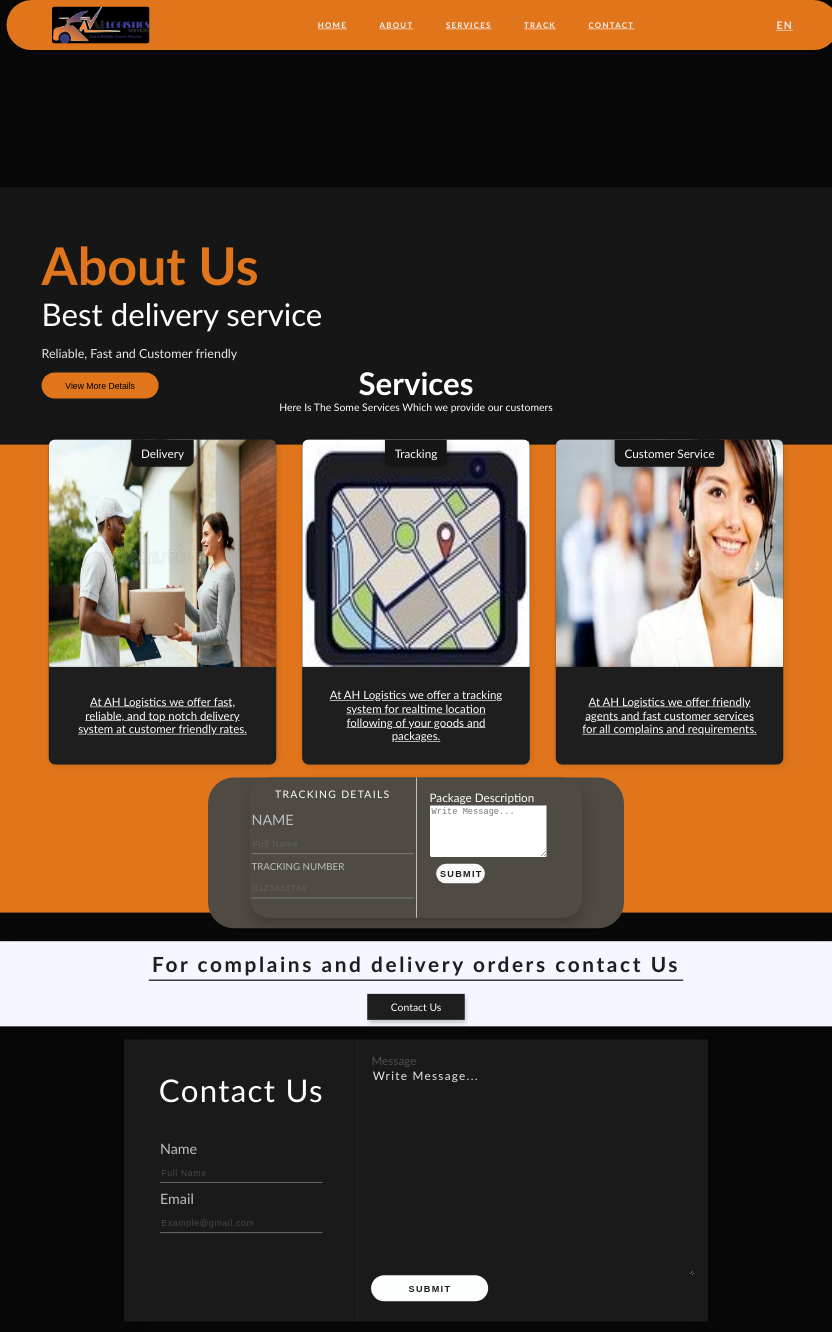
Repository: TheSecretlifeOfX/Ah-Logistics
Page: index.html
An editor plug-in stored every save of this project. The page is shown before and after the next save, followed by the edit.
The browser window is 1280 px wide. The pictures show the whole page, at 65% of full size.

Above is the page before, as saved 2022-03-02 17:00:39.

### index.html
<html>
<head>
<meta charset="utf-8">
<meta http-equiv="X-UA-Compatible" content="IE-edge">
<meta name="viewport" content="width=device-width, intial-scale=1.0">
<title>Logistics Website</title>
<link rel="stylesheet" href="./css/home.css">
</head>
<body>
<section id="main">
	<nav>
	<a href="#" class="logo"><img src="images/logo.jpg"></a>
	<div class="toggle"></div>
	<ul class="menu">
	<li class="active"><a href="#main" >Home</a></li>
	<li><a href="#about">About</a></li>
	<li><a href="#services">Services</a></li>
	<li><a href="#Tracking-Form">Track</a></li>
    <li><a href="#contact-form">Contact</a></li>
	</ul>
	<a href="#" class="lang">En</a>
	</nav>
    </section>
</div>
<section id="about">
	<div class="about-text">
	<h1>About Us</h1>
	<h2>Best delivery service</h2>
	<p>Reliable, Fast and Customer friendly</p>
	<button>View More Details</button>
	</div>
</section>
<section id="services">
<div class="s-heading">
<h1>Services</h1>
<p>Here Is The Some Services Which we provide our customers</p>
</div>
<div class="b-container">
<div class="s-box">
<div class="s-b-img">
    <div class="s-type">Delivery</div>
    <img src="images/delivery.jpg">
</div>
<div class="s-b-text">
<a href="#">At AH Logistics we offer fast, reliable, and top notch delivery system at customer friendly rates.</a>
</div>
</div>
<div class="s-box">
<div class="s-b-img">
    <div class="s-type">Tracking</div>
    <img src="images/track.jpg">
</div>
<div class="s-b-text">
<a href="#">At AH Logistics we offer a tracking system for realtime location following of your goods and packages.</a>
</div>
</div>
<div class="s-box">
<div class="s-b-img">
    <div class="s-type">Customer Service</div>
    <img src="images/customer.jpg">
</div>
<div class="s-b-text">
<a href="#">At AH Logistics we offer friendly agents and fast customer services for all complains and requirements.</a>
</div>
</div>
</div>
</div>

<section id="Tracking-Form">
	<form>
	<!--left--------------------------------------->
	<div class="Track-left">
	<h1 class="T-heading">Tracking Details</h1>
	<div class="f-name">
	<font >Name</font>
	<input type="text" placeholder="Full Name"/>
	</div>
	<div class="f-num">
	<font >Tracking Number</font>
	<input type="Number" placeholder="0123456789"/>
	</div>
	</div>
	<div class="Track-right">

	<div class="Description">
	<font >Package Description</font>
	<textarea name="message" rows="5" cols="20" placeholder="Write Message..."></textarea>
	<button>Submit</button>
	</div>
	</form>
	</section>
<section id="contact-btn">
	<h1 class="c-b-heading">For complains and delivery orders contact Us</h1>
		<button >Contact Us</button>
	</section>
<!--contact-form------------------->
<section id="contact-form">
<form>
<!--left--------------------------------------->
<div class="contact-left">
<h1 class="c-l-heading">Contact Us</h1>
<div class="f-name">
<font >Name</font>
<input type="text" placeholder="Full Name"/>
</div>
<div class="f-email">
<font >Email</font>
<input type="email" placeholder="Example@gmail.com"/>
</div>
</div>
<div class="contact-right">

<div class="message">
<font >Message</font>
<textarea name="message" rows="5" cols="20" placeholder="Write Message..."></textarea>
<button>Submit</button>
</div>
</form>
</section>
</section>
</body>
</html>

### css/home.css
body{
	margin:0px;
	padding:0px;
	background-color: #080808;
	background-size: 100%;
	min-height: 100vh;
	}
	#main{
		width:100%;
		height: 40vh;
		}
		nav{
			display:flex;
			justify-content: space-between;
			align-items: center;
			text-transform: uppercase;
			font-weight: 600;
			letter-spacing: 2px;
			font-family: calibri;
			top: 0;
			left: 10px;
			width:100%;
			box-sizing: border-box;
			padding: 5px 70px;
			background-color:#e0751c;
			box-shadow:2px 2px 12px rgba(0,0,0,0.05);
			z-index: 1;
			border-radius: 50px;
			position:fixed; top: 0;
			}
			.menu{
			display: flex;

			}
			.menu li a{
			padding: 10px 25px;
			color:#f8f8fa;
			font-size: 12px;
			display:inline-block;
			}
			li{display:inline-block}
			.lang{
			color:#f3ecec;
			}
			.logo > img {
				width: 100%;
				height: 100%;
				max-width: 150px;
				display: flex;
				justify-content: center;
				align-items: center;
				text-align: center;
				margin-left: 0px;
				border-radius: 5px;
				 }
			.toggle{
			display: none;
			}
			.menu li a:hover{
			background-color:#292929;
			color:#FFF!important;
			font-weight: bold;
			transition: all ease 0.4s;
			}
			.lang:hover{
				background-color:#292929;
			color:#FFF!important;
			font-weight: bold;
			transition: all ease 0.4s;
			}
			#about{
				width:100%;
				height: 55vh;
				background-color:#161616;
				box-sizing: border-box;
				display: flex;
				align-items: center;
				justify-content: space-between;
				padding: 0px 5% 0px 5%;
			}
			.about-text{
				font-family: calibri;
				width: 50%;
			}
			.about-text h1{
				font-size: 5rem;
				color:#e0751c;
			}
			.about-text h2{
				font-size: 3rem;
				color:#FFFFFF;
				font-weight: 400;
			}
			.about-text h1,h2{
				margin: 0px;
				padding: 0px;
			}
			.about-text p{
				font-size: 1.2rem;
				color:rgba(255,255,255,0.90);

			}
			.about-text button{
				width: 180px;
				height: 40px;
				border-radius: 20px;
				border: none;
				outline: none;
				background-color:#e0751c;
			}
			.about-text button:hover{
				background-color: #FFFFFF;
				transition: all ease 0.3s;
			}
			#services{
				width:100%;
			height:100vh;
			box-sizing: border-box;
			font-family: calibri;
			display: flex;
			flex-direction: column;
			align-items: center;
			justify-content: center;
			padding-top: 500px ;
			background-color:#e0751c;
		}

		.s-heading h1{
			color:#FFFFFF;
			font-size: 3rem;
			margin: 0px;
			padding: 0px;

		}
		.s-heading p{
			color:rgb(255, 255, 255);
			font-size: 1rem;
			margin: 0px;
			padding: 0px;
		}
		.s-heading{
			text-align: center;
			margin: 20px 0px;
		}
		.s-box{
			background-color: #2B2B2B;
			width:350px;
			height: 500px;
			margin: 20px;
			border-radius: 10px;
			overflow: hidden;
			box-shadow: 2px 2px 12px rgba(0,0,0,0.1);
			position: relative;
		}
		.b-container{
			display: flex;
			justify-content: center;
			align-content: center;


		}
		.s-b-img{
			width: 100%;
			height: 70%;

		}
		.s-b-img img{
			width:100%;
			height: 100%;

		}
		.s-b-text{
			width: 100%;
			height: 30%;
			background-color:#1E1E1E;
			display:flex;
			justify-content: center;
			align-items: center;
			text-align: center;
		}
		.s-b-text a{
			margin: 0px;
			color:#FFFFFF;
			font-size: 1.1rem;
			font-family: calibri;
			display: block;
			display: -webkit-box;
			max-width: 80%;
			-webkit-line-clamp: 4;
			-webkit-box-orient: vertical;
			overflow: hidden;
			text-overflow: ellipsis;
		}
		.s-b-text a:hover{
			color:rgba(255,255,255,0.50)
		}
		.s-type{
			font-family: calibri;
			color:#FFFFFF;
			background-color: #151515;
			padding: 10px 15px;
			position: absolute;
			top: 0px;
			left: 50%;
			transform: translateX(-50%);
			font-size: 18px;
			border-radius: 0px 0px 10px 10px;
			box-shadow: 2px 2px 12px rgba(0,0,0,0.2);
		}
		.s-box:hover{
			transform:translateY(-10px);
			transition: all ease 0.3s;

		}
		#Tracking-Form{
			width: 50%;
			height: 100vh;
			display: flex;
			justify-content: center;
			align-items: center;
			background-color:#504a45;
			border-radius: 40px;
		}
		#Tracking-Form form{
			display: flex;
			width: 80%;
			height: 30vh;
			background-color: #504a45;
			box-shadow: 2px 12px 20px rgba(0,0,0,0.2);
			border-radius: 30px
		}
		.Track-left{
			width: 80%;
			height: 50%;
			display: flex;
			flex-direction: column;
			align-items: center;
			text-transform: uppercase;
		}
		.Track-right{
			width: 80%;
			height: 100%;
			box-sizing: border-box;
			display: flex;
			flex-direction: column;
			justify-content: space-between;
			border-left: 1px solid rgba(255, 255, 255, 0.979);
		}
		.Track-right button{
			width: 35%;
			height: 30px;
			background-color: #faf9f9;
			font-weight: bold;
			outline: none;
			border: none;
			margin: 10px;
			color:#1B1B1B;
			font-size: 14px;
			text-transform: uppercase;
			letter-spacing: 2px;
			border-radius: 40px;
		}
		.Track-right button:hover{
			background-color: #e0751c;
			transition: all ease 0.3s;
		  }

		.T-Heading{
			font-family: calibri;
			color:#fffefe;
			font-size: 1rem;
			letter-spacing: 2px;
			font-weight: 400;
		}
		.f-name,.f-num{
			display: flex;
			flex-direction: column;
			font-family: calibri;
		}
		.f-name font,.f-num font{
			color:#BFBFBF;
			font-size: 15px;
		}
		.f-name input,.f-num input{
			height: 30px;
			width:250px;
			border: none;
			outline: none;
			background-color:transparent;
			border-bottom: 1px solid #929292;
			color:#FFFFFF;
			margin: 10px 0px;
		}
		.f-num input::placeholder,
		.f-name input::placeholder{
			opacity: 0.5;
			letter-spacing: 1px;
		}
		.f-num input:focus,
		.f-num input:focus{
			border-bottom: 1px solid #0d0e0d;
			transition: all ease 0.5s;
		}.Description font{
			font-size: 18px;
			color:#ffffff;
			font-family: calibri;

		}
		.Description{
			margin: 20px;
		}
		#contact-btn{
			width: 100%;
			display: flex;
			flex-direction: column;
			justify-content:center;
			align-items: center;
			height: 200px;
			background-color: #F4F7FF;
			margin: 20px 0px;
			box-sizing: border-box;
			box-shadow:2px 0px 20px rgba(0,0,0,0.4);
		}
		.c-b-heading{
			font-size: 2rem;
			color:#1E1E1E;
			font-family: calibri;
			margin: 10px;
			padding: 5px;
			letter-spacing: 4px;
			border-bottom: 2px solid #1E1E1E;

		}
		#contact-btn button{
			color:#FFFFFF;
			font-size: 1rem;
			font-family: calibri;
			width:150px;
			height: 40px;
			margin: 10px;
			background-color: #1E1E1E;
			border: none;
			outline: none;
			box-shadow: 2px 5px 6px rgba(0,0,0,0.2);
		}
		#contact-btn button:hover{
			background-color: #e0751c;
			color:#000000;
			transition: all ease 0.5s;
			font-weight: bold;
		}
		#contact-form{
			width: 100%;
			height: 90vh;
			display: flex;
			justify-content: center;
			align-items: center;

		}
		#contact-form form{
			display: flex;
			width: 70%;
			height: 60vh;
			background-color: #1A1A1A;
			box-shadow: 2px 12px 20px rgba(0,0,0,0.2);
			border: 1px solid rgba(255,255,255,0.01)
		}

		.contact-left{
			width: 40%;
			height: 100%;
			display: flex;
			flex-direction: column;
			align-items: center;
		}
		.contact-right{
			width: 60%;
			height: 100%;
			box-sizing: border-box;
			display: flex;
			flex-direction: column;
			justify-content: space-between;
			border-left: 1px solid rgba(255,255,255,0.08);
		}
		.contact-right button{
			width: 100%;
			height: 50px;
			background-color: #fcfaf9;
			font-weight: bold;
			outline: none;
			border: none;
			margin: 0px;
			color:#1B1B1B;
			font-size: 14px;
			text-transform: uppercase;
			letter-spacing: 2px;
		}
			.contact-right button:hover{
				background-color: #e0751c;
				transition: all ease 0.3s;
			  }

		.c-l-heading{
			font-family: calibri;
			color:#FFFFFF;
			font-size: 3rem;
			letter-spacing: 2px;
			font-weight: 400;

		}
		.f-name,.f-email{
			display: flex;
			flex-direction: column;
			font-family: calibri;

		}
		.f-name font,.f-email font{
			color:#BFBFBF;
			font-size: 22px;
		}
		.f-name input,.f-email input{
			height: 30px;
			width:250px;
			border: none;
			outline: none;
			background-color:transparent;
			border-bottom: 1px solid #929292;
			color:#FFFFFF;
			margin: 10px 0px;
		}
		.f-email input::placeholder,
		.f-name input::placeholder{
			opacity: 0.5;
			letter-spacing: 1px;
		}
		.f-email input:focus,
		.f-name input:focus{
			border-bottom: 1px solid #0d0e0d;
			transition: all ease 0.5s;
		}.message font{
			font-size: 18px;
			color:#4E4E4E;
			font-family: calibri;

		}
		.message{
			margin: 20px;
		}
		.contact-right textarea{
			width: 100% !important;
			height: 320px !important;
			border: none;
			outline: none;
			background-color:transparent;
			box-sizing: border-box;
			color:#EBEBEB;
			font-size: 16px;
		}
		.contact-right textarea::placeholder{
			color:#EBEBEB;
			font-size: 18px;
			letter-spacing: 2px;
			font-family: calibri;
		}
		.contact-right button:active{
			transform: scale(1.04);
			transition: all ease 0.1s;
		}
		.message button{
			width: 180px;
			height: 40px;
			border-radius: 20px;
			border: none;
			outline: none;
			background-color:#fdffff;
		}
		  .message button:hover{
			background-color: #e0751c;
			transition: all ease 0.3s;
		  }

After the next save:
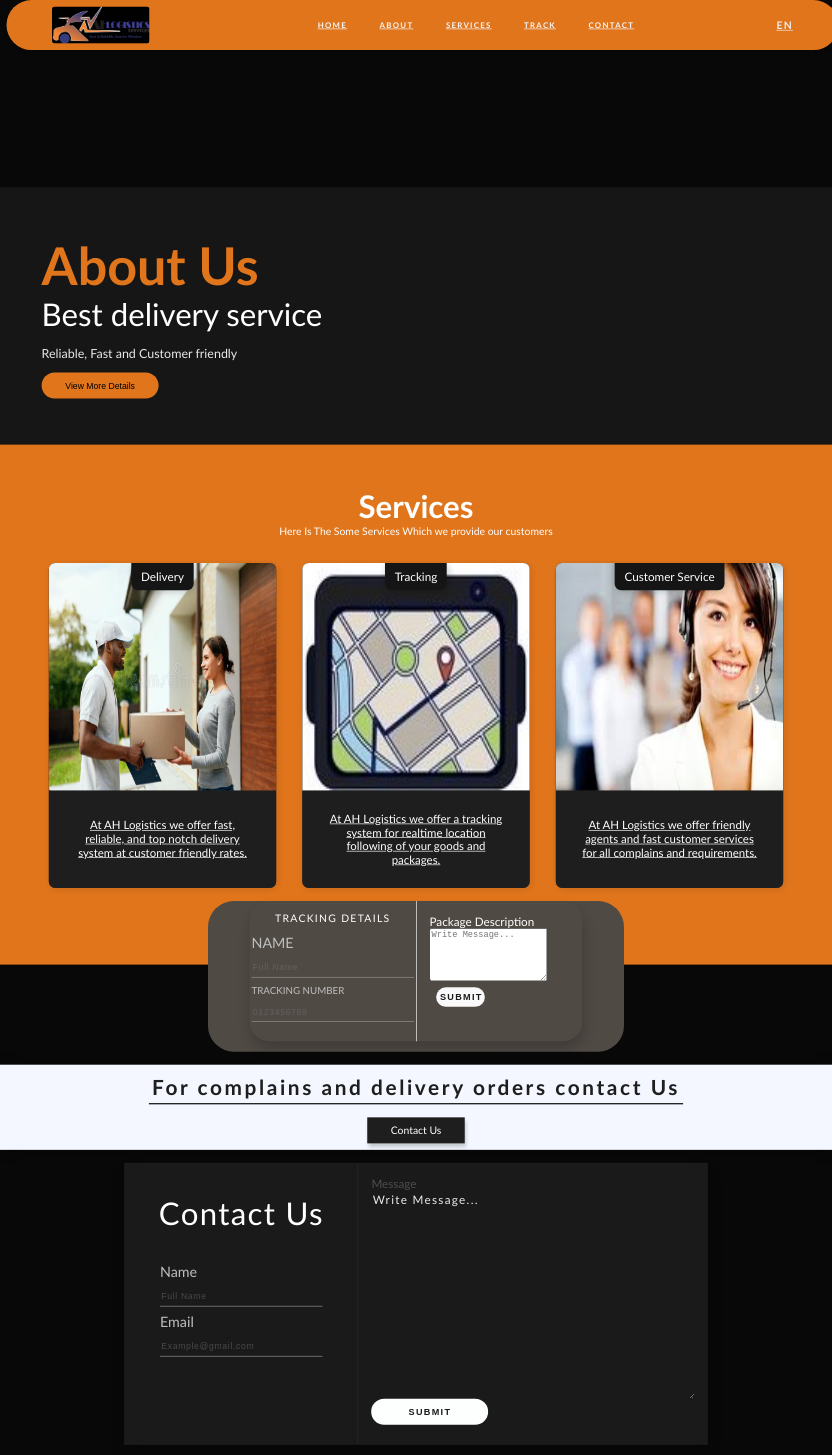
Saved 12 days later.
--- a/css/home.css
+++ b/css/home.css
@@ -121,7 +121,7 @@ body{
 			flex-direction: column;
 			align-items: center;
 			justify-content: center;
-			padding-top: 500px ;
+			padding-top: 800px ;
 			background-color:#e0751c;
 		}
 
